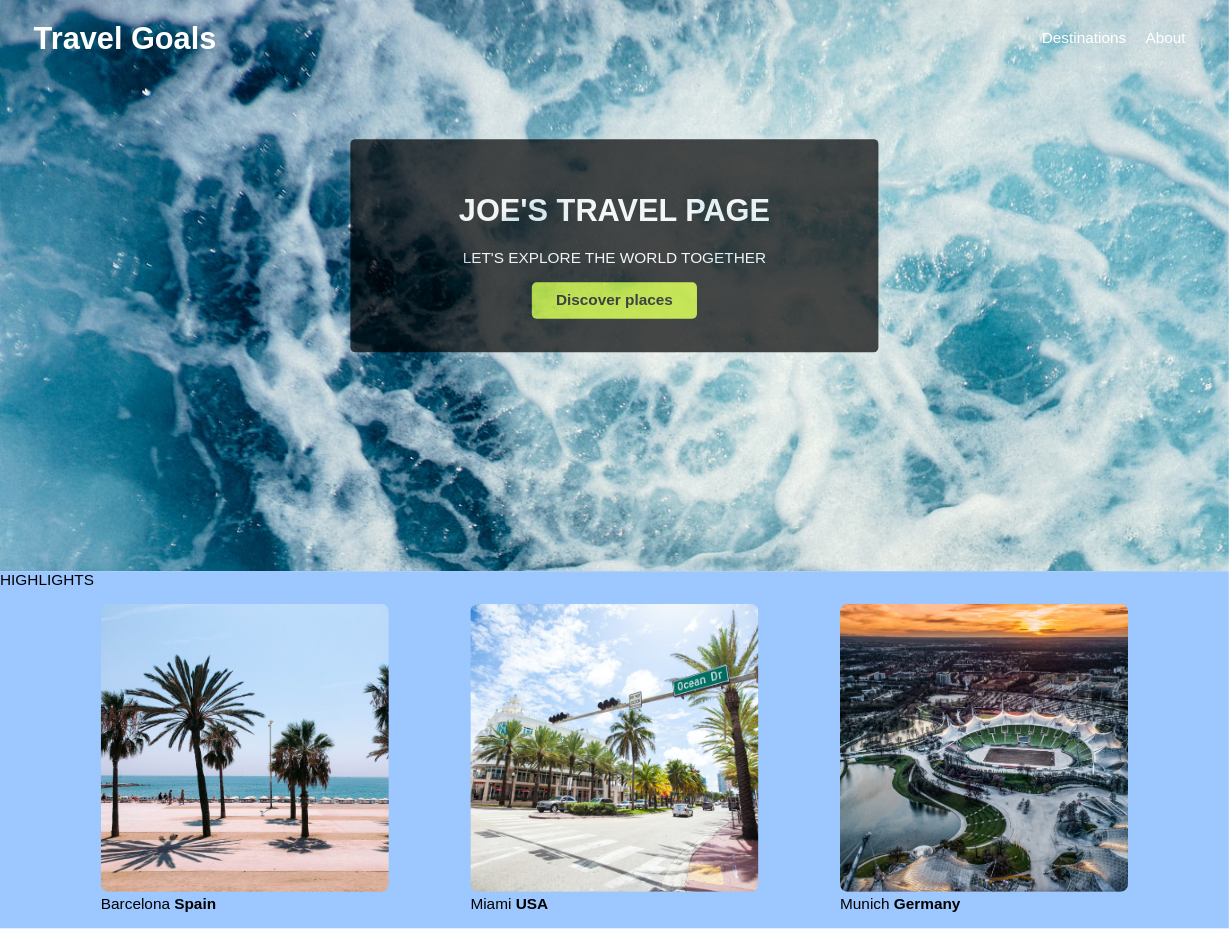
Repository: Harjot00/Wevdev
Page: Travel/index.html
These files come from the project's save history. The page is drawn as it stood at one moment and after the next save; the edit follows.
The browser window is 1280 px wide. The pictures show the whole page, at 96% of full size.

Above is the page before, as saved 2022-05-08 01:21:39.

### Travel/index.html
<!DOCTYPE html>
<html lang="en">
<head>
    <meta charset="UTF-8">
    <meta http-equiv="X-UA-Compatible" content="IE=edge">
    <meta name="viewport" content="width=device-width, initial-scale=1.0">
    <title>Travel Goals</title>
    <link rel="stylesheet" href="style.css">

</head>
<body>
    <header>
        <nav>
            <a href="index.html">Travel Goals</a>
            <ul>
                <li><a href="#"> Destinations</a></li>
                <li><a href="#">About</a></li>
            </ul>
        </nav>
    </header>
    <main>
        <div id="background">
            <div id="centercontent">
                <h1>JOE'S TRAVEL PAGE</h1>
                <p>LET'S EXPLORE THE WORLD TOGETHER</p>
                <a href="#"> Discover places</a>
            </div>
        </div>

        <section>
            <p>HIGHLIGHTS</p>
            <ul>
                <li class="imgstyle">
                    <img src="resources/barcelona.jpg" alt="Barcelona">
                    <p>Barcelona <strong>Spain</strong></p>
                </li>
                <li class="imgstyle">
                    <img src="resources/miami.jpg" alt="Miami beach">
                    <p>Miami <strong>USA</strong></p>
                </li>
                <li class="imgstyle">
                    <img src="resources/munich.jpg" alt="Munich">
                    <p>Munich <strong>Germany</strong> </p>
                </li>
            </ul>
        </section>
    </main>
    <footer></footer>
</body>
</html>

### Travel/style.css
body{
    font-family:"Quicksand",sans-serif;
    margin: 0;

}
nav{
    margin:15px 35px 25px 35px;
    display:flex;
    align-items: center;
    flex-wrap: wrap;
    flex-direction: row;
    justify-content: space-between;
}

nav ul {
    list-style: none;
    display:flex;
    justify-content: space-between;
}
nav >a{

    text-decoration: none;
    font-size:32px;
    font-weight: bold;
    color:white;



}
li a{
    margin:0px 10px 0px 10px;
    text-decoration: none;
    color:white;
}
#background{
    background-image:url(background.jpg);
    height: 600px;
    margin-top:-220px;
    width: 100%;

}
#centercontent{
    padding:35px 25px 35px 25px;
    text-align: center;
    margin:150px auto 250px;
    background-color:black ;
    opacity:0.7;
    color:white;
    width:500px;
    border-radius:5px;
    position:relative;
    top:150px;
}
div > a{
    background-color:rgb(188, 228, 28);
    text-decoration: none;
    padding:10px 25px 10px 25px;
    display:inline-block;
    color:black;
    font-weight:bold;
    border-radius:5px;

}
section{
    background-color:rgb(156, 199, 255);
}

section ul{

    display:flex;
    width:100%;
    box-sizing: border-box;
    justify-content: space-evenly;
    flex-wrap: wrap;
    list-style: none;
    padding: 0 20px ;


}
ul li img{
    height:300px;
    width:300px;
    object-fit: cover;
    border-radius:8px;

}
section p{
    margin-top:0;
}

After the next save:
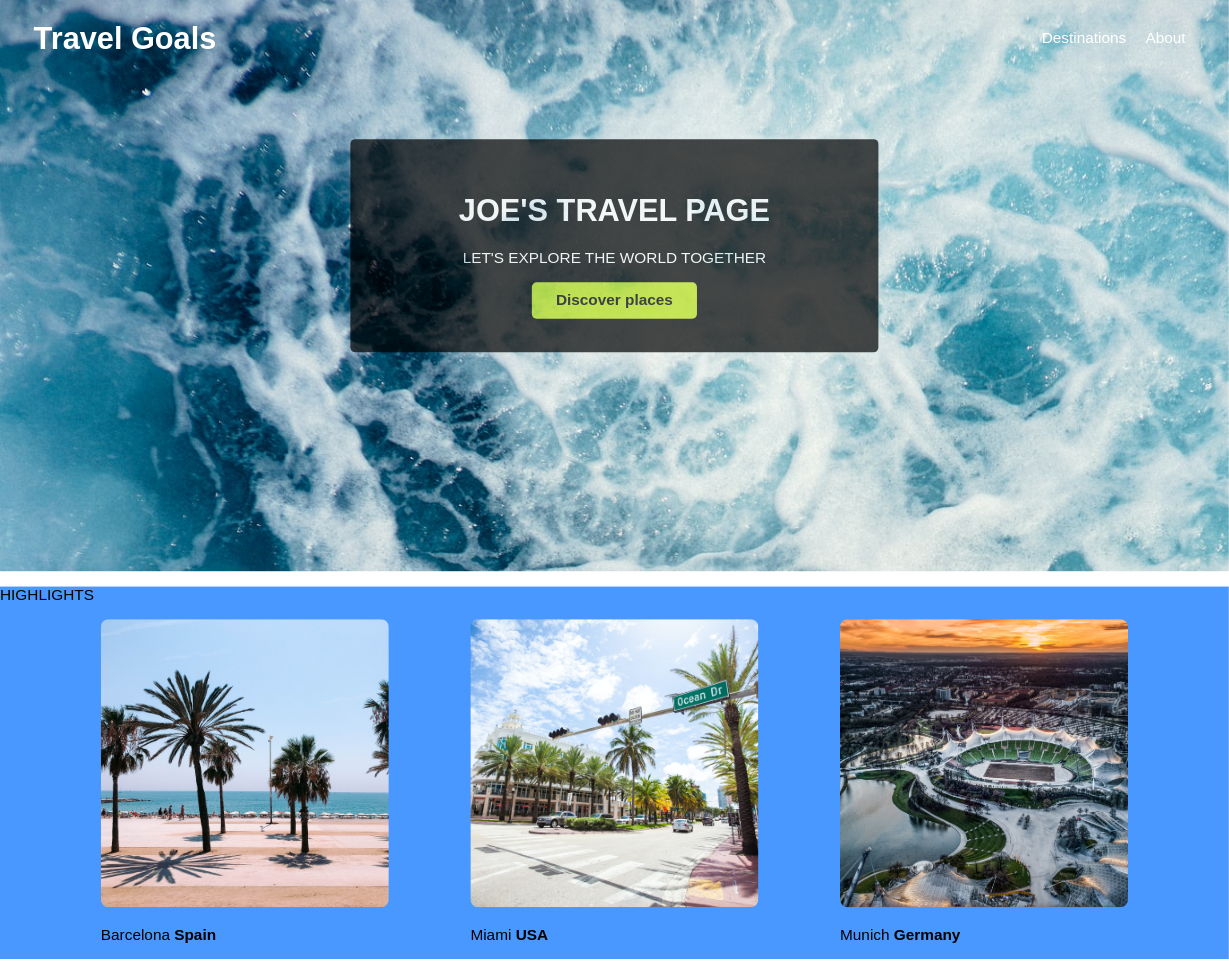
Saved 13 s later.
--- a/Travel/style.css
+++ b/Travel/style.css
@@ -62,7 +62,7 @@ div > a{
 
 }
 section{
-    background-color:rgb(156, 199, 255);
+    background-color:rgb(72, 152, 255);
 }
 
 section ul{
@@ -84,6 +84,3 @@ ul li img{
     border-radius:8px;
 
 }
-section p{
-    margin-top:0;
-}
